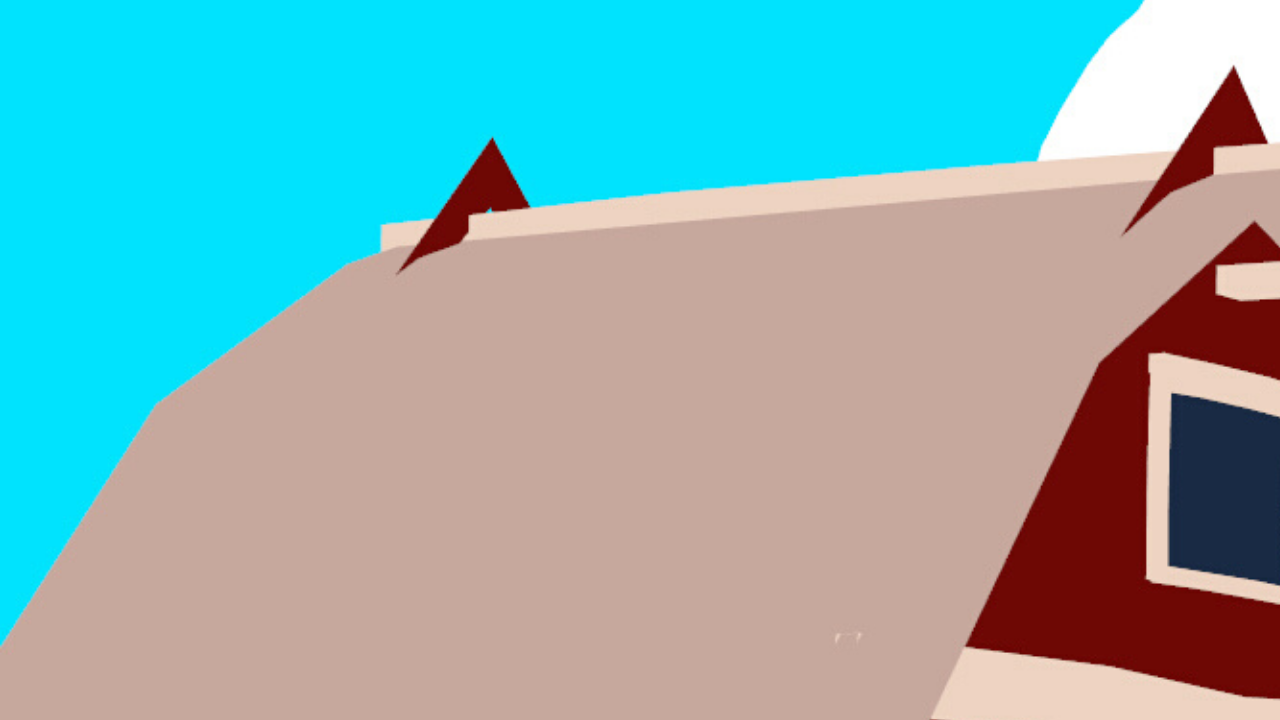
Repository: rumor1993/DreamCoding-Browser101
Page: Chapter07/index.html
An editor plug-in stored every save of this project. The page is shown before and after the next save, followed by the edit.
The browser window is 1280 px wide. The pictures show the whole page.

Above is the page before, as saved 2021-01-01 01:58:02.

After the next save:
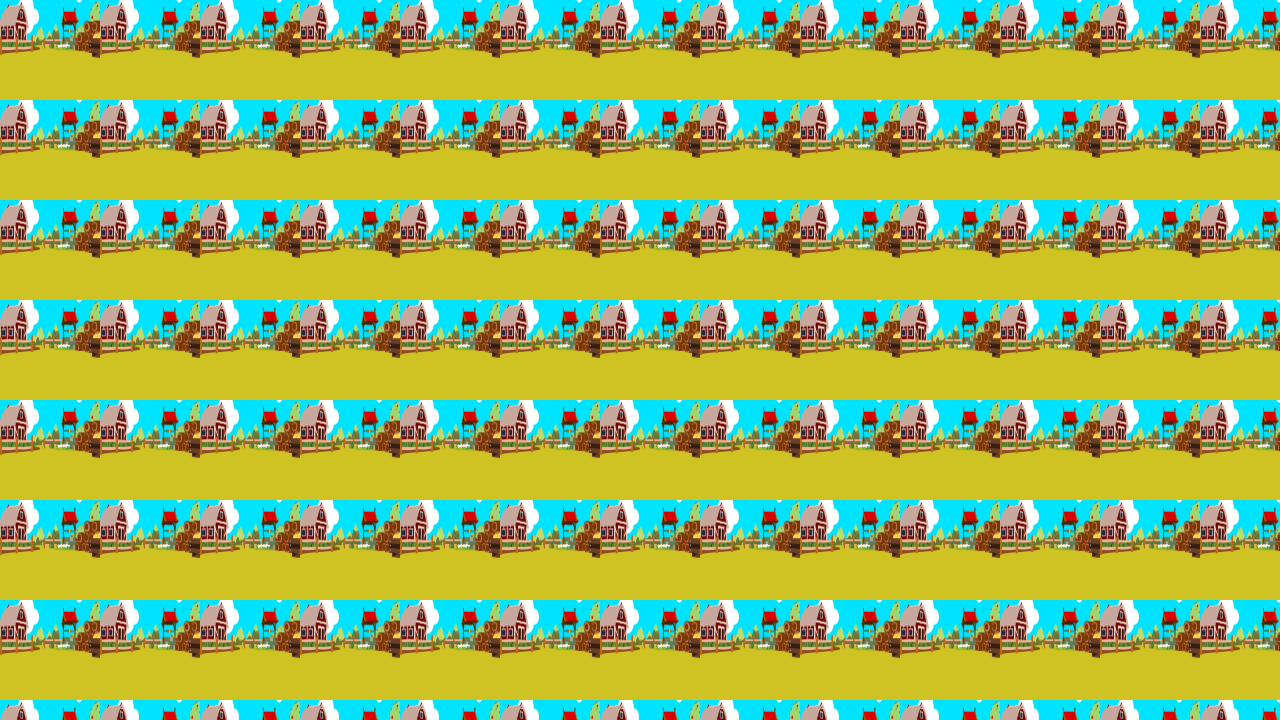
Saved 11 s later.
--- a/Chapter07/index.html
+++ b/Chapter07/index.html
@@ -7,7 +7,7 @@
     <style>
       body {
         background-size: 100px 100px;
-        background: url("carrot/img/background.png");
+        background-image: url("carrot/img/background.png");
       }
     </style>
   </head>
